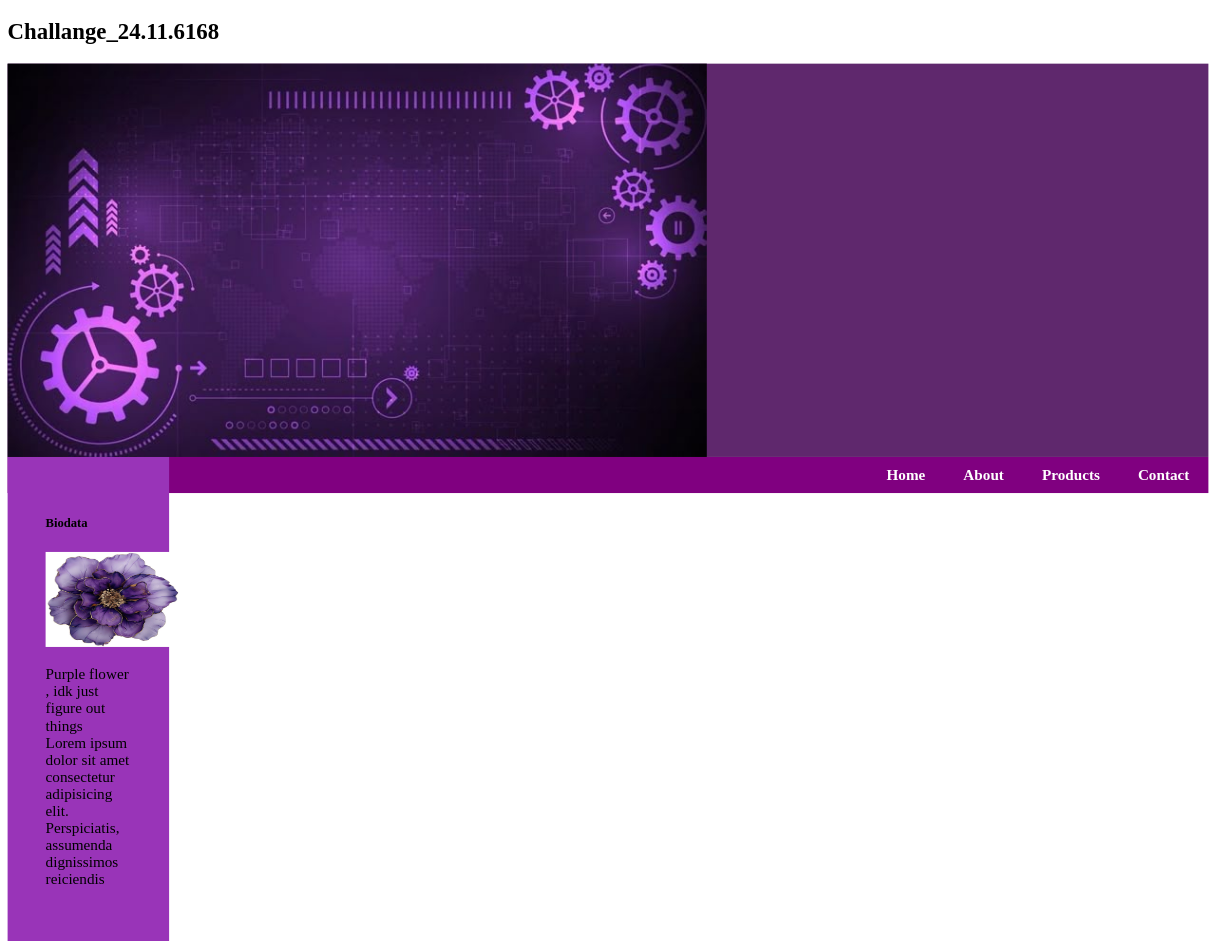
Repository: Ms-Ulfiyahrustam/p5_pemogramanweb
Page: index.html
These files come from the project's save history. The page is drawn as it stood at one moment and after the next save; the edit follows.
The browser window is 1280 px wide. The pictures show the whole page, at 95% of full size.

Above is the page before, as saved 2026-04-27 09:35:46.

After the next save:
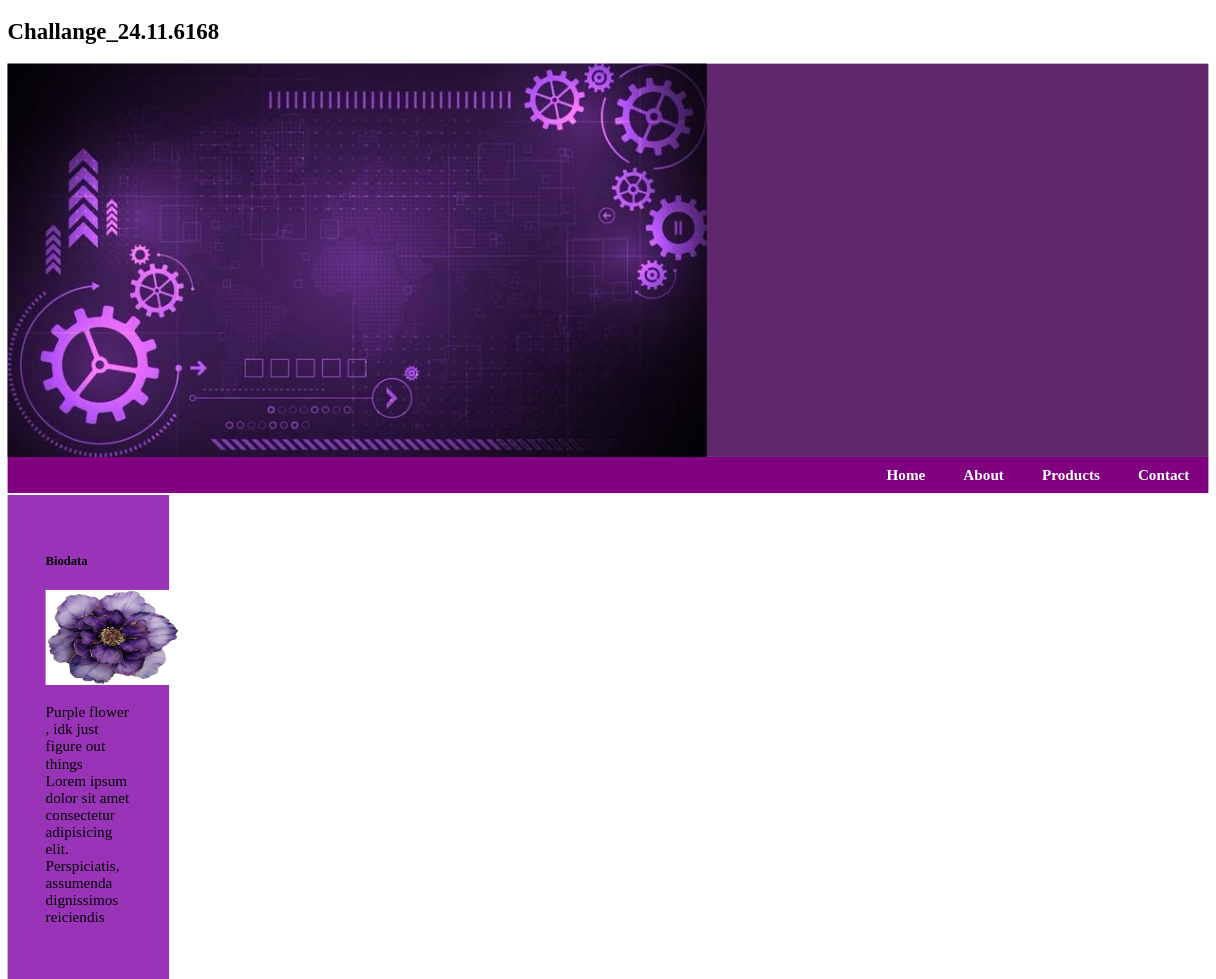
Saved 24 s later.
--- a/style.css
+++ b/style.css
@@ -11,6 +11,7 @@
     padding: 40px;
     float:left;
     background-color: rgb(153, 52, 184);
+    margin-top: 40px;
 
 }
 

After the save that followed:
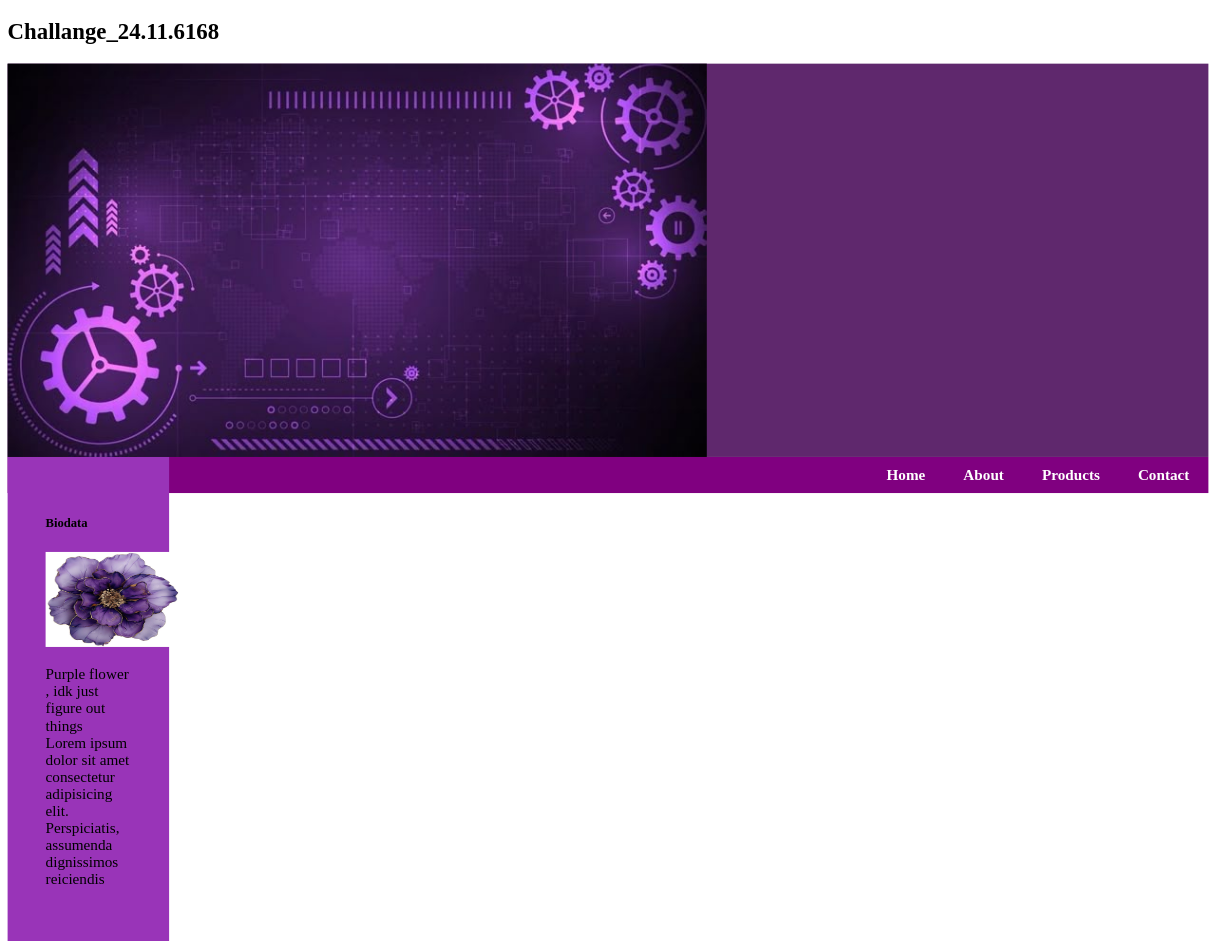
Saved 14 s later.
--- a/style.css
+++ b/style.css
@@ -11,7 +11,7 @@
     padding: 40px;
     float:left;
     background-color: rgb(153, 52, 184);
-    margin-top: 40px;
+    margin-top: 0;
 
 }
 
